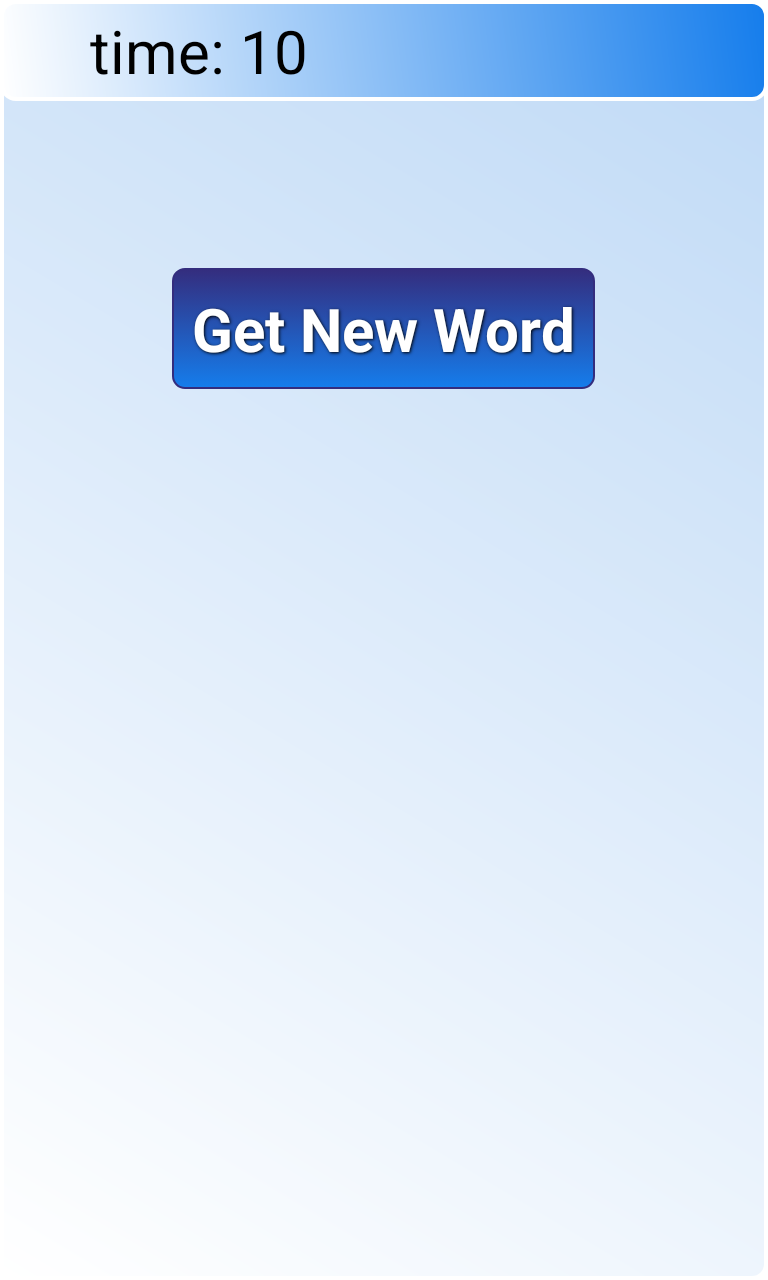
Repository: tvergilio/android
Layout: GoogleItDb/res/layout/activity_main.xml
These files come from the project's save history. The layout is drawn as it stood at one moment and after the next save; the edit follows.
It is drawn on a 768 x 1280 px phone screen (xhdpi) without system bars, with theme AppTheme; the app's code is not run. Lists and similar views that code fills are empty.

Above is the layout before, as saved 2014-02-15 23:34:54.

After the next save:
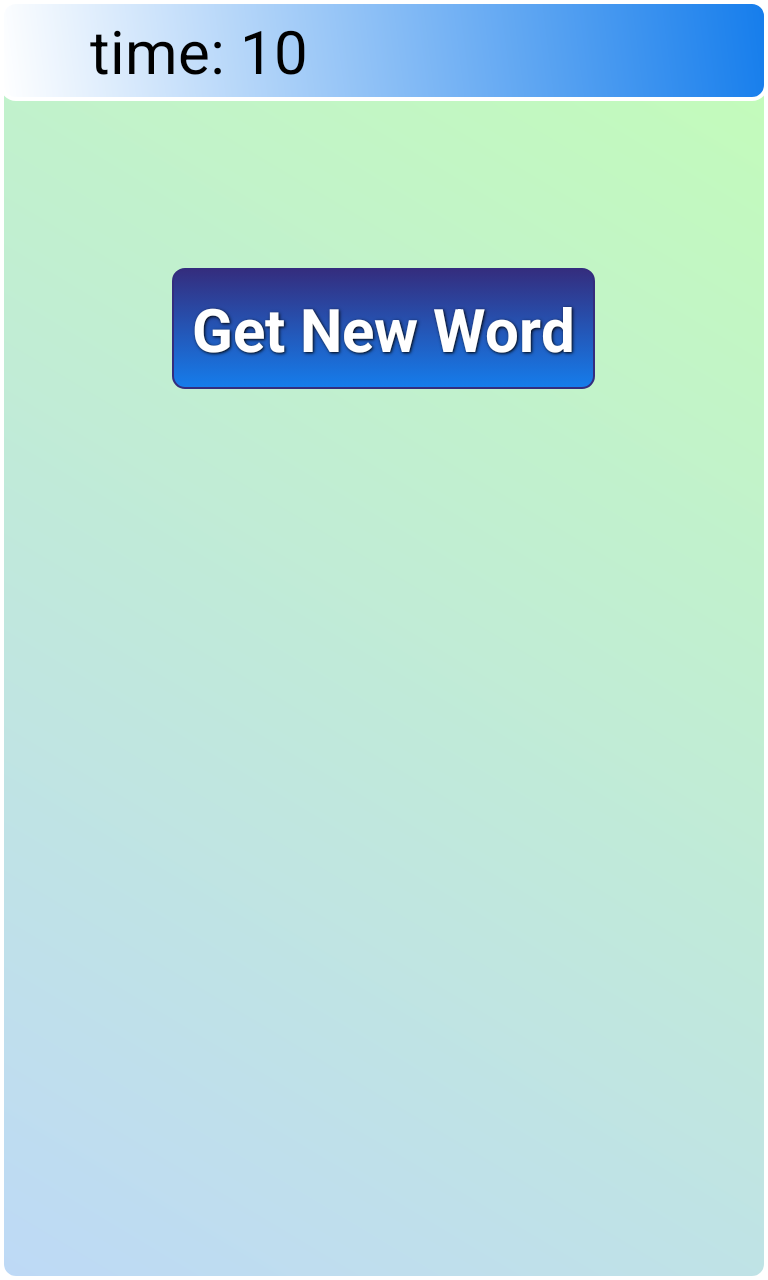
Saved 71 s later.
--- a/GoogleItDb/res/drawable-hdpi/rectangle.xml
+++ b/GoogleItDb/res/drawable-hdpi/rectangle.xml
@@ -2,7 +2,7 @@
 <shape xmlns:android="http://schemas.android.com/apk/res/android"
          android:shape="rectangle">
      <stroke android:width="2dp" android:color="@color/white" />
-     <gradient android:startColor="@color/pastel_blue" android:endColor="@color/white"
+     <gradient android:startColor="@color/light_jade" android:endColor="@color/pastel_blue"
             android:angle="225"/>
 
     <corners android:bottomRightRadius="7dp" android:bottomLeftRadius="7dp"
